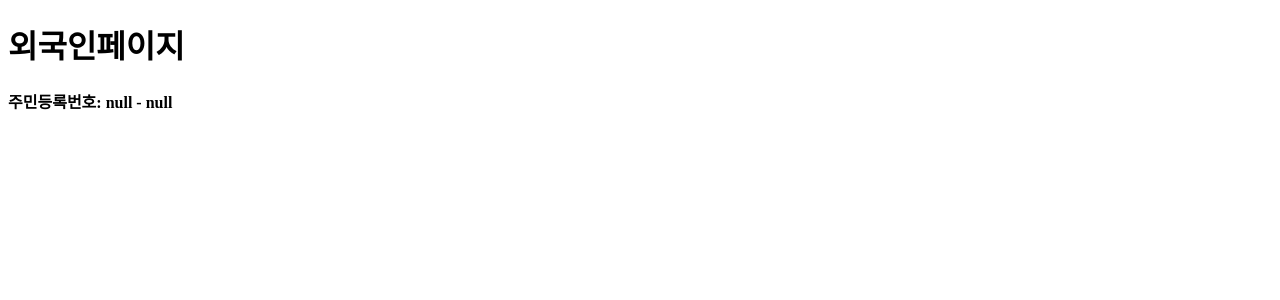
Repository: Jamikidu/newJsp
Page: http://localhost/jspProj/redirectExam/foreigner.jsp
These files come from the project's save history. The page is drawn as it stood at one moment and after the next save; the edit follows.
The browser window is 1280 px wide. The pictures show the whole page.
The page is served by Tomcat 9. Other server files are loaded and not shown.

Above is the page before, as saved 2023-08-02 11:26:04.

### jspProj/src/main/webapp/redirectExam/foreigner.jsp
<%@ page language="java" contentType="text/html; charset=UTF-8"
    pageEncoding="UTF-8"%>
<!DOCTYPE html>
<html>
<head>
<meta charset="UTF-8">
<title>외국인페이지</title>
</head>
<body>
<h1>외국인페이지</h1>
<h4>주민등록번호: <%=request.getParameter("frontNum") %> - <%=request.getParameter("backNum") %></h4>
</body>
</html>

After the next save:
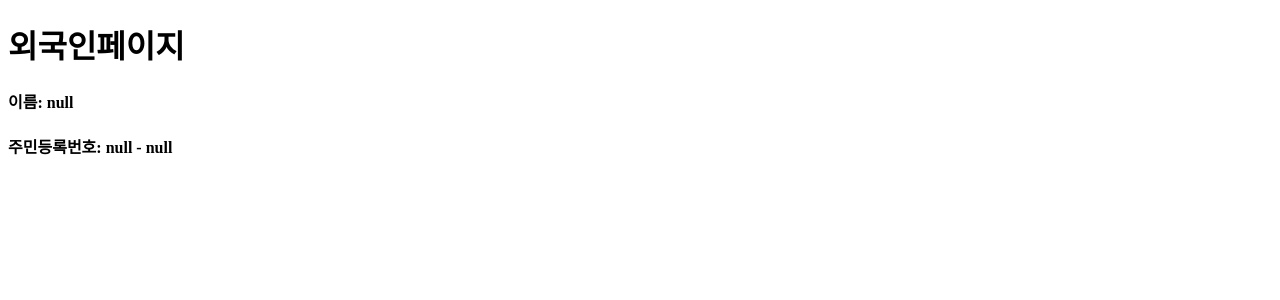
Saved 2 min 0 s later.
--- a/jspProj/src/main/webapp/redirectExam/foreigner.jsp
+++ b/jspProj/src/main/webapp/redirectExam/foreigner.jsp
@@ -8,6 +8,7 @@
 </head>
 <body>
 <h1>외국인페이지</h1>
+<h4>이름: <%=request.getParameter("name") %></h4>
 <h4>주민등록번호: <%=request.getParameter("frontNum") %> - <%=request.getParameter("backNum") %></h4>
 </body>
 </html>
